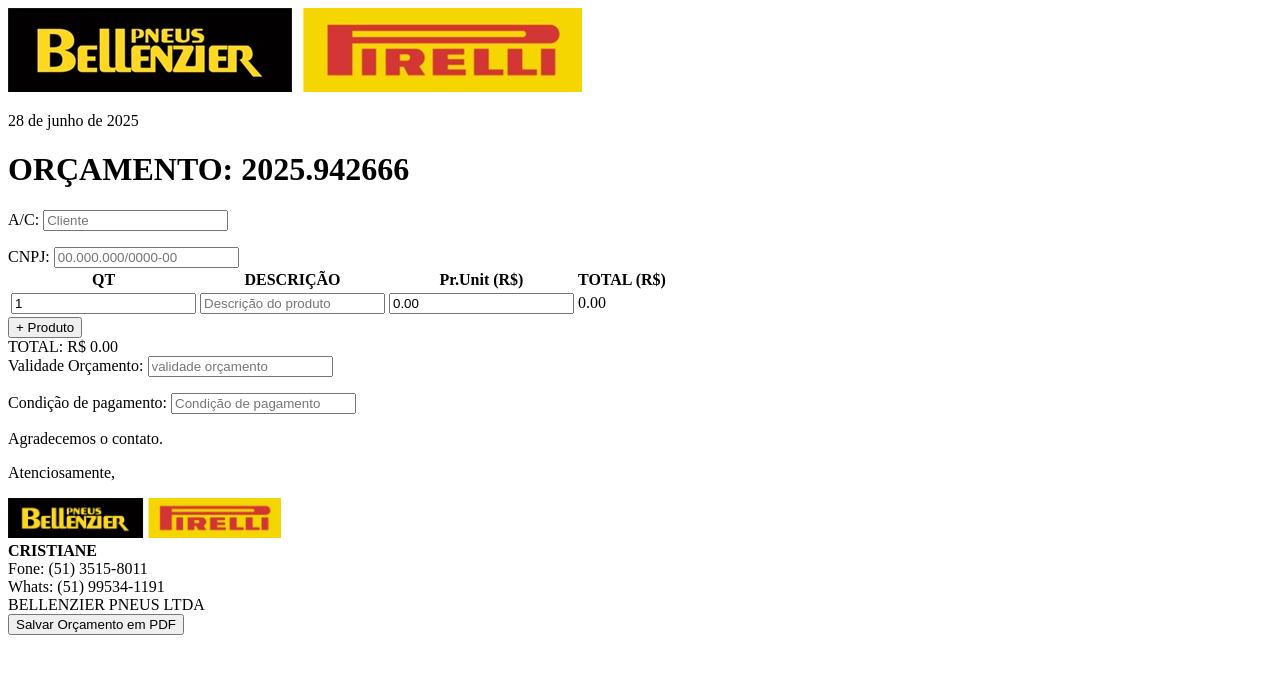
Repository: Cristiane-Sartori14/Orcamento
Page: index.html
An editor plug-in stored every save of this project. The page is shown before and after the next save, followed by the edit.
The browser window is 1280 px wide. The pictures show the whole page.

Above is the page before, as saved 2025-06-29 09:44:27.

### index.html
<!DOCTYPE html>
<html lang="pt-BR">
  <head>
    <meta charset="UTF-8" />
    <title>Orçamento Automático</title>
    <script src="Script.js" defer></script>
    <script src="https://cdnjs.cloudflare.com/ajax/libs/html2pdf.js/0.10.1/html2pdf.bundle.min.js"></script>
  </head>
  <body>
    <div id="orcamentoArea">
      <div class="cabecalho">
        <img src="belle.png" alt="Logo Bellenzier" />
      </div>

      <div class="dados-topo">
        <p id="dataAtual"></p>
        <h1>ORÇAMENTO: <span id="numeroOrcamento"></span></h1>
      </div>

      <div class="linha">
        <label>
          A/C:
          <input type="text" id="ac" placeholder="Cliente" />
        </label>
        <p></p>
        <label>
          CNPJ:
          <input type="text" id="cnpj" placeholder="00.000.000/0000-00" />
        </label>
      </div>

      <table>
        <thead>
          <tr>
            <th>QT</th>
            <th>DESCRIÇÃO</th>
            <th>Pr.Unit (R$)</th>
            <th>TOTAL (R$)</th>
          </tr>
        </thead>
        <tbody id="corpoTabela">
          <tr>
            <td><input type="number" class="qtd" value="1" min="1" /></td>
            <td>
              <input
                type="text"
                class="descricao"
                placeholder="Descrição do produto"
              />
            </td>
            <td>
              <input type="number" class="valor" value="0.00" step="0.01" />
            </td>
            <td class="subtotal">0.00</td>
          </tr>
        </tbody>
      </table>

      <button class="botao" onclick="adicionarProduto()">+ Produto</button>

      <div class="totalGeral">TOTAL: R$ <span id="valorTotal">0.00</span></div>

      <div class="info-final">
        <label>
          Validade Orçamento:
          <input type="text" id="val" placeholder="validade orçamento" />
        </label>
        <p></p>
        <label>
          Condição de pagamento:
          <input type="text" id="cond" placeholder="Condição de pagamento" />
        </label>

        <p>Agradecemos o contato.</p>
        <p>Atenciosamente,</p>
      </div>

      <div class="rodape">
        <img src="belle.png" alt="Logo Bellenzier" style="height: 40px" /><br />
        <strong>CRISTIANE</strong><br />
        Fone: (51) 3515-8011<br />
        Whats: (51) 99534-1191<br />
        BELLENZIER PNEUS LTDA
      </div>
    </div>

    <button class="botao" onclick="gerarPDF()">Salvar Orçamento em PDF</button>
  </body>
</html>

### Script.js
document.addEventListener("DOMContentLoaded", () => {
  const hoje = new Date();
  const dataFormatada = hoje.toLocaleDateString("pt-BR", {
    day: "2-digit",
    month: "long",
    year: "numeric",
  });
  document.getElementById("dataAtual").textContent = dataFormatada;
  document.getElementById("numeroOrcamento").textContent =
    new Date().getFullYear() +
    "." +
    Math.floor(100000 + Math.random() * 900000);
  document
    .querySelectorAll(".qtd, .valor")
    .forEach((input) => input.addEventListener("input", atualizarTotais));
  atualizarTotais();
});

document.getElementById("cnpj").addEventListener("input", function (e) {
  let valor = e.target.value.replace(/\D/g, ""); // remove tudo que não é número

  if (valor.length > 14) valor = valor.slice(0, 14); // limita a 14 dígitos

  let formatado = valor;
  if (valor.length >= 3) formatado = valor.slice(0, 2) + "." + valor.slice(2);
  if (valor.length >= 6)
    formatado = formatado.slice(0, 6) + "." + valor.slice(5);
  if (valor.length >= 9)
    formatado = formatado.slice(0, 10) + "/" + valor.slice(8);
  if (valor.length >= 13)
    formatado = formatado.slice(0, 15) + "-" + valor.slice(12);

  e.target.value = formatado;
});

function atualizarTotais() {
  let total = 0;
  document.querySelectorAll("#corpoTabela tr").forEach((linha) => {
    const qtd = parseFloat(linha.querySelector(".qtd")?.value || 0);
    const valor = parseFloat(linha.querySelector(".valor")?.value || 0);
    const subtotal = qtd * valor;
    linha.querySelector(".subtotal").textContent = subtotal.toFixed(2);
    total += subtotal;
  });
  document.getElementById("valorTotal").textContent = total.toFixed(2);
}

function adicionarProduto() {
  const linha = document.createElement("tr");
  linha.innerHTML = `
        <td><input type="number" class="qtd" value="1" min="1" /></td>
        <td><input type="text" class="descricao" placeholder="Descrição do produto" /></td>
        <td><input type="number" class="valor" value="0.00" step="0.01" /></td>
        <td class="subtotal">0.00</td>
      `;
  document.getElementById("corpoTabela").appendChild(linha);
  linha.querySelector(".qtd").addEventListener("input", atualizarTotais);
  linha.querySelector(".valor").addEventListener("input", atualizarTotais);
}

function gerarPDF() {
  const area = document.getElementById("orcamentoArea");
  const opt = {
    margin: 10,
    filename: `Orcamento_${Date.now()}.pdf`,
    image: { type: "jpeg", quality: 0.98 },
    html2canvas: { scale: 2 },
    jsPDF: { unit: "mm", format: "a4", orientation: "portrait" },
  };
  html2pdf().set(opt).from(area).save();
}

After the next save:
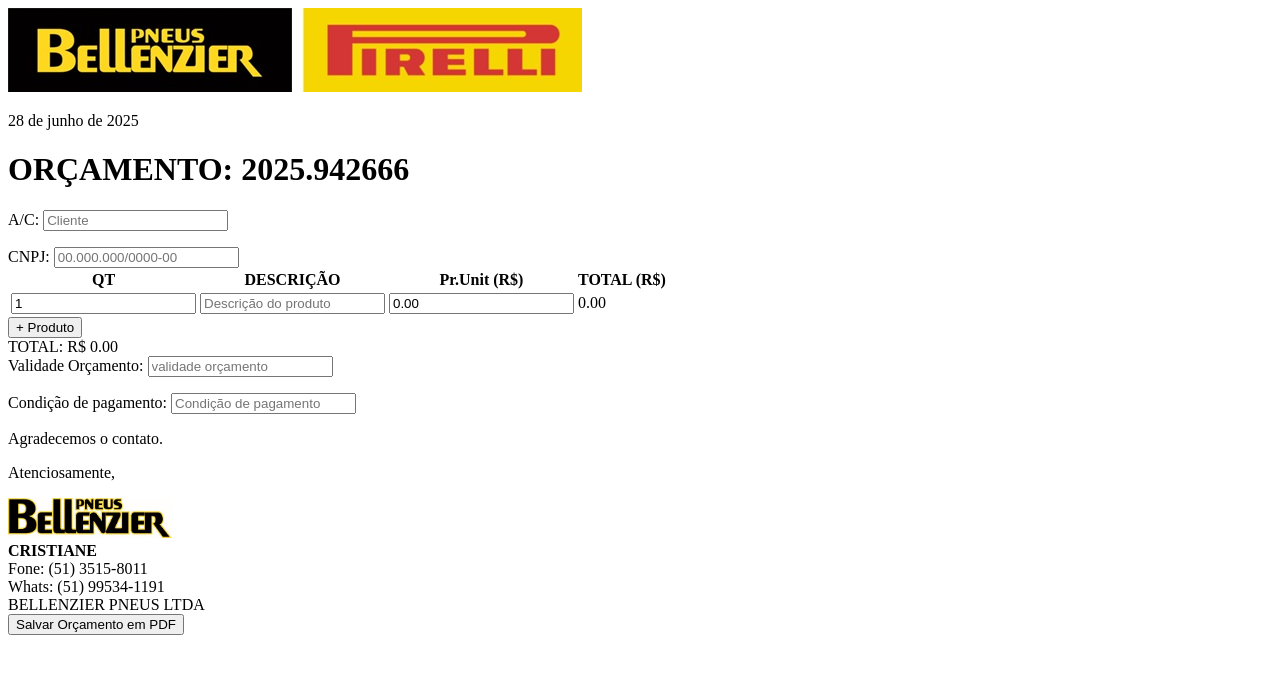
Saved 109 s later.
--- a/index.html
+++ b/index.html
@@ -76,7 +76,7 @@
       </div>
 
       <div class="rodape">
-        <img src="belle.png" alt="Logo Bellenzier" style="height: 40px" /><br />
+        <img src="assin.png" alt="Logo Bellenzier" style="height: 40px" /><br />
         <strong>CRISTIANE</strong><br />
         Fone: (51) 3515-8011<br />
         Whats: (51) 99534-1191<br />
